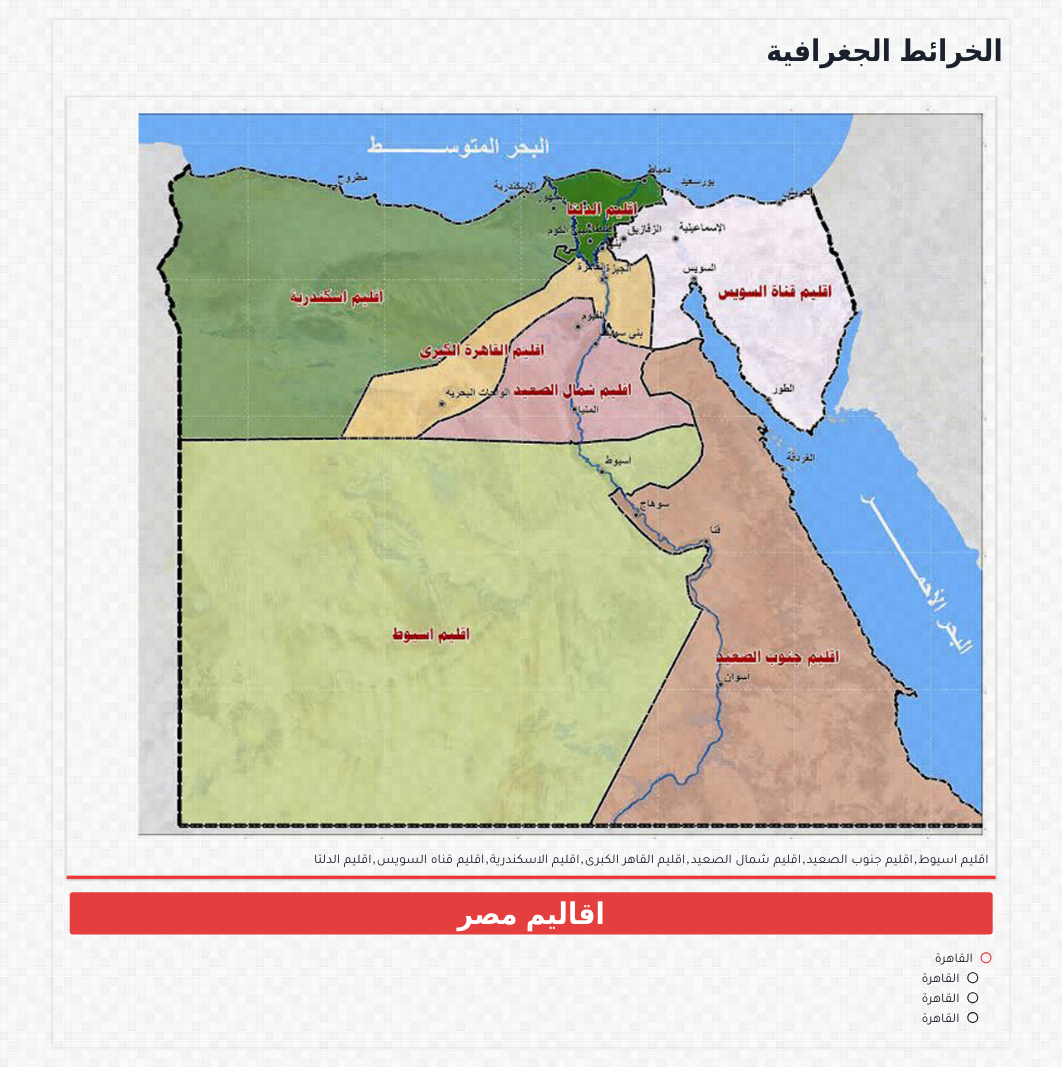
Repository: ahmed-mohamed-eng/egypt-gov-map
Page: /
These files come from the project's save history. The page is drawn as it stood at one moment and after a run of saves; the edit follows.
The browser window is 1280 px wide. The pictures show the whole page, at 83% of full size.
Some web fonts or font styles are not loaded; a fallback is used. The project was rebuilt for these pictures with package versions that can differ from the ones it lists, and the page was loaded fresh each time. The framework's server and built-in components were replaced by stand-ins that run in the browser. Also part of the build but not shown: next.config.js.

Above is the page before, as saved 2022-05-30 14:06:19.

After the next 4 saves:
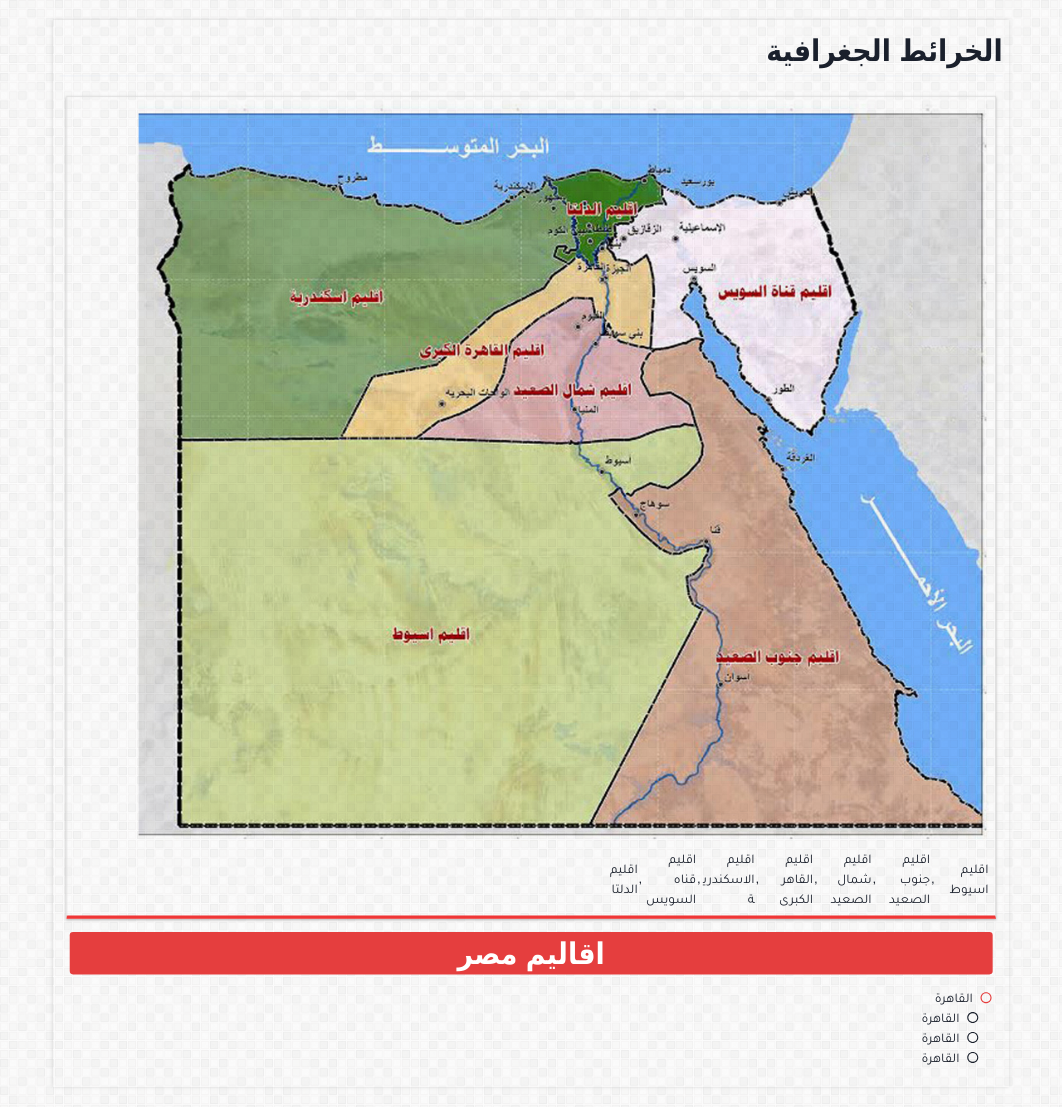
The 4 saves are shown as one change because they came seconds apart.
The last was saved 23 s later.
--- a/components/MainContentArea/MapArea/MapInfoDisplayedLinks/MapInfoDisplayedLinks.tsx
+++ b/components/MainContentArea/MapArea/MapInfoDisplayedLinks/MapInfoDisplayedLinks.tsx
@@ -16,6 +16,7 @@
     return (
       <BreadcrumbItem key={uuidV4()}>
         <BreadcrumbLink
+          w="4rem"
           _hover={{
             textDecoration: "none",
             fontWeight: "600",

After the save that followed:
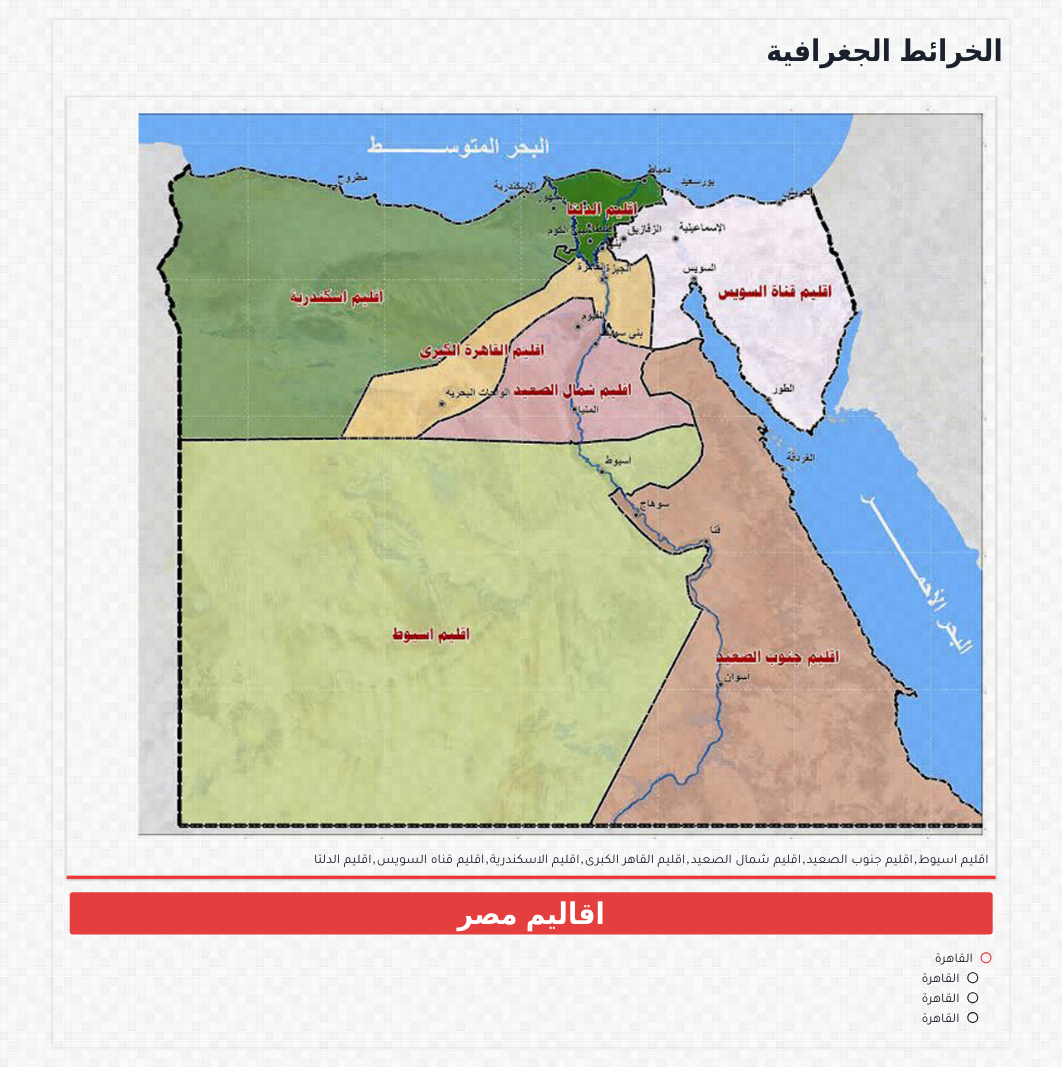
Saved 9 s later.
--- a/components/MainContentArea/MapArea/MapInfoDisplayedLinks/MapInfoDisplayedLinks.tsx
+++ b/components/MainContentArea/MapArea/MapInfoDisplayedLinks/MapInfoDisplayedLinks.tsx
@@ -16,7 +16,7 @@
     return (
       <BreadcrumbItem key={uuidV4()}>
         <BreadcrumbLink
-          w="4rem"
+          w="fit-content"
           _hover={{
             textDecoration: "none",
             fontWeight: "600",
